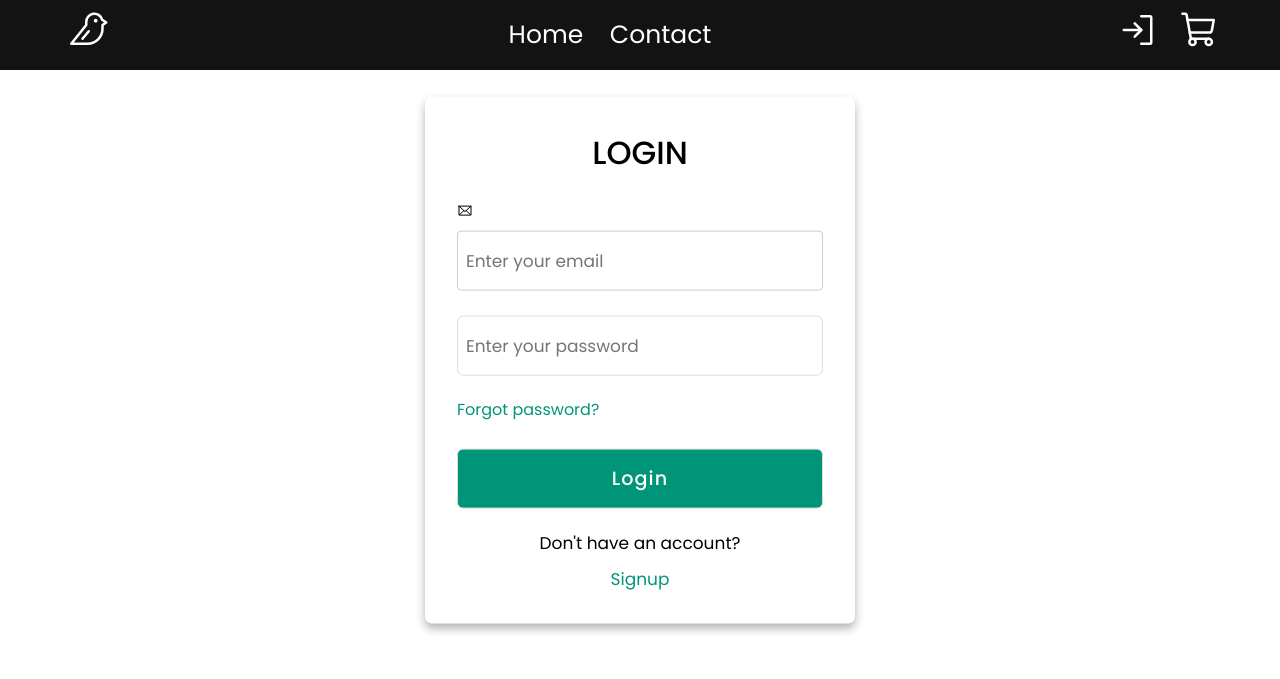
Repository: hoangdanh2/swp301
Page: /register
The author's editor kept a copy of each file at every save. The page is drawn from the files as they stood at one save, then again after the next save.
The browser window is 1280 px wide. The pictures show the whole page.
The project was rebuilt for these pictures with package versions that can differ from the ones it lists, and the page was loaded fresh each time. Also part of the build but not shown: src/pages/shop/product.jsx, src/pages/shop/shop.css, src/pages/shop/shop.jsx, src/pages/contact/contact.jsx, src/pages/cart/cart-item.jsx, src/pages/cart/cart.css, src/pages/cart/cart.jsx.

Above is the page before, as saved 2023-05-29 10:40:37.

After the next save:
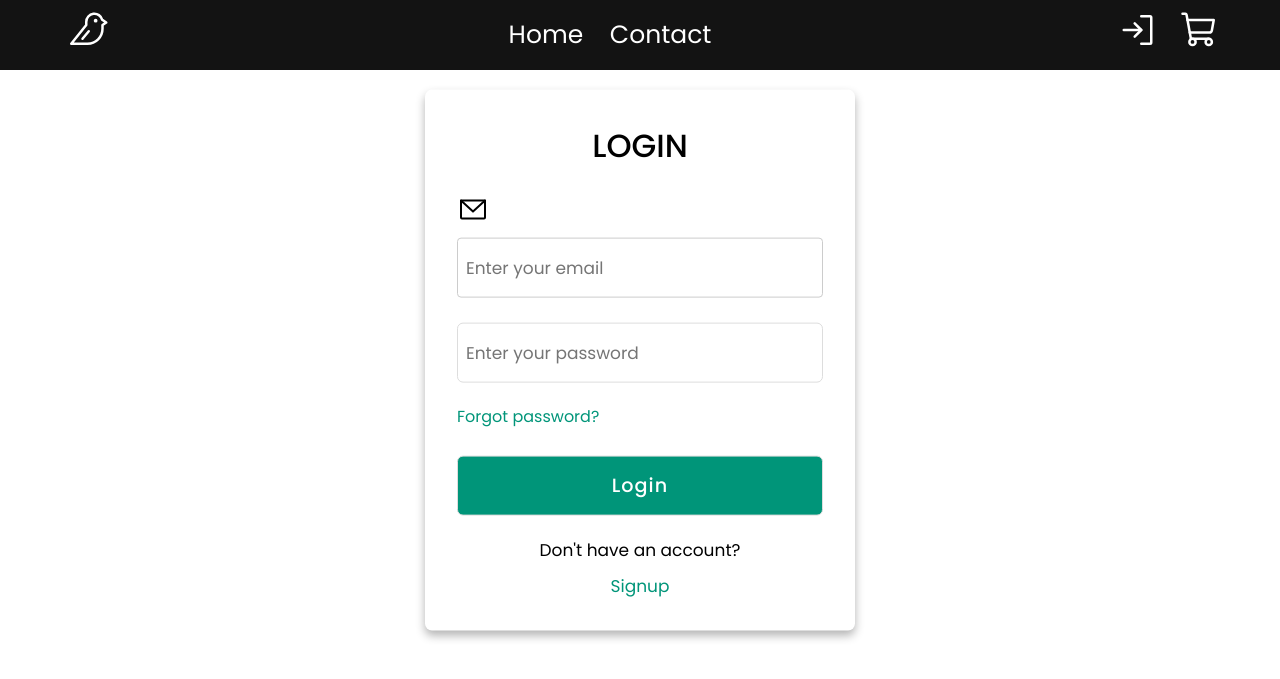
Saved 38 s later.
--- a/src/pages/register/register.jsx
+++ b/src/pages/register/register.jsx
@@ -1,5 +1,5 @@
 import React from "react";
-import { Envelope } from "phosphor-react";
+import { EnvelopeSimple } from "phosphor-react";
 import "./register.css";
 
 export const Register = () => {
@@ -9,7 +9,7 @@ export const Register = () => {
     <div className="login form">
       <header>LOGIN</header>
       <form action="#">
-        <Envelope/><input type="text" placeholder="Enter your email"></input>
+      <EnvelopeSimple size={32} /><input type="text" placeholder="Enter your email"></input>
         <input type="password" placeholder="Enter your password"></input>
         <a href="#">Forgot password?</a>
         <input type="button" className="button" value="Login"></input>
